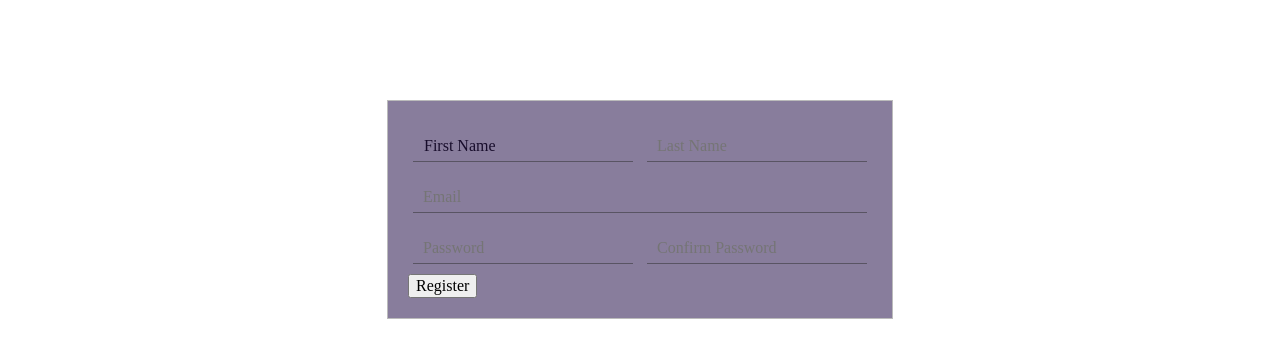
Repository: AMAmine89/vanilla-projects
Page: formo/index.html
An editor plug-in stored every save of this project. The page is shown before and after the next save, followed by the edit.
The browser window is 1280 px wide. The pictures show the whole page.

Above is the page before, as saved 2021-05-05 07:01:23.

### formo/index.html
<!DOCTYPE html>
<html lang="en">
<head>
    <meta charset="UTF-8">
    <meta http-equiv="X-UA-Compatible" content="IE=edge">
    <meta name="viewport" content="width=device-width, initial-scale=1.0">
    <link rel="stylesheet" href="css/normalize.css">
    <link rel="stylesheet" href="style.css">
    <title>Formo</title>
</head>
<body>
    <section>
        <form>
            <div class="double-block">
                <span class="first-name"><input type="text" name="first-name" id="first-name"></span>
                <input type="text" name="last-name" placeholder="Last Name">
            </div>
            <div>
                <input type="email" name="email" placeholder="Email">
            </div>
            <div class="double-block">
                <input type="password" name="password" placeholder="Password">
                <input type="password" name="confirm-password" placeholder="Confirm Password">
            </div>
            <div>
                <input type="submit" value="Register">
            </div>
        </form>
    </section>
</body>
</html>

### formo/style.css
section {
    display: flex;
    justify-content: center;
    margin-top: 100px;
}

form {
    background: rgba(42, 22, 78, 0.555);
    padding: 20px;
    border: 1px solid rgb(187, 187, 187);
    border-radius: 0%;
    -webkit-border-radius: 0%;
    -moz-border-radius: 0%;
    -ms-border-radius: 0%;
    -o-border-radius: 0%;
}

div {
    position: relative;
}

input:not(input[type="submit"]) {
    padding: 5px 10px;
    height: 20px;
    background: transparent;
    border-top: none;
    border-right: none;
    border-left: none;
    border-bottom: solid 1px rgba(49, 49, 49, 0.527);
    margin: 10px 5px;
    outline: none;
}

input[type="email"] {
    width: -webkit-fill-available;
}

input:not(input[type="submit"])::after {
    content: '';
    width: 0;
    display: block;
    height: 1px;
    color: rgb(49, 49, 49);
    border-bottom: solid 1px;
    transition: width .3s ease-in-out;
    -webkit-transition: width .3s ease-in-out;
    -moz-transition: width .3s ease-in-out;
    -ms-transition: width .3s ease-in-out;
    -o-transition: width .3s ease-in-out;
}

input:not(input[type="submit"]):focus::after {
    width: 100%;
}


.first-name::before {
    content: 'First Name';
    cursor: text;
    display: inline-block;
    position: absolute;
    top: 16px;
    left: 16px;
    bottom: 0;
    z-index: -1;
    font-size: initial;
    transition: all .3s ease-in-out;
    -webkit-transition: all .3s ease-in-out;
    -moz-transition: all .3s ease-in-out;
    -ms-transition: all .3s ease-in-out;
    -o-transition: all .3s ease-in-out;
}

.first-name:focus-within::before  {
    top: 0;
    left: 10px;
    bottom: 30px;
    font-size: .85em;
}

label {
    cursor: text;
    display: inline-block;
    position: relative;
    bottom: auto;
    left: -180px;
    transition: bottom .7s ease-in-out;
    -webkit-transition: bottom .7s ease-in-out;
    -moz-transition: bottom .7s ease-in-out;
    -ms-transition: bottom .7s ease-in-out;
    -o-transition: bottom .7s ease-in-out;
}

Loaded but not shown: formo/normalize.css (library)

After the next save:
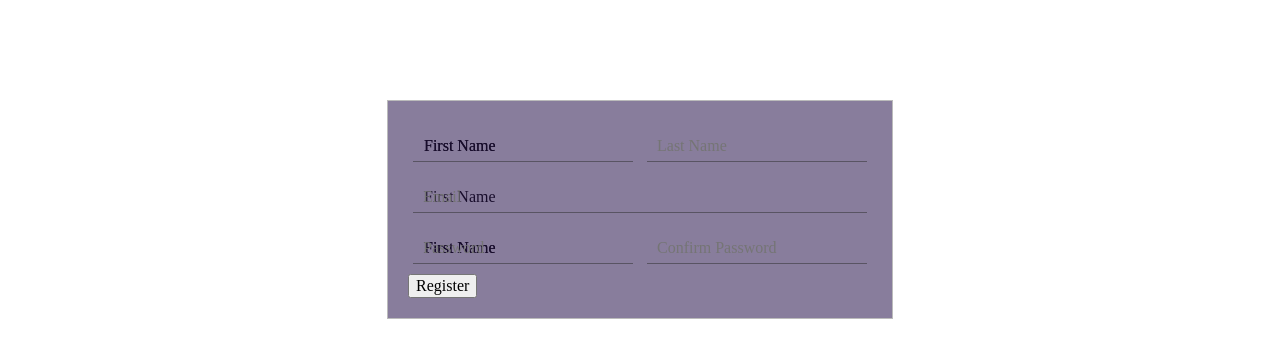
Saved 83 s later.
--- a/formo/index.html
+++ b/formo/index.html
@@ -13,14 +13,14 @@
         <form>
             <div class="double-block">
                 <span class="first-name"><input type="text" name="first-name" id="first-name"></span>
-                <input type="text" name="last-name" placeholder="Last Name">
+                <span class="first-name"><input type="text" name="last-name" placeholder="Last Name"></span>
             </div>
             <div>
-                <input type="email" name="email" placeholder="Email">
+                <span class="first-name"><input type="email" name="email" placeholder="Email"></span>
             </div>
             <div class="double-block">
-                <input type="password" name="password" placeholder="Password">
-                <input type="password" name="confirm-password" placeholder="Confirm Password">
+                <span class="first-name"><input type="password" name="password" placeholder="Password"></span>
+                <span class="first-name"><input type="password" name="confirm-password" placeholder="Confirm Password"></span>
             </div>
             <div>
                 <input type="submit" value="Register">

After the save that followed:
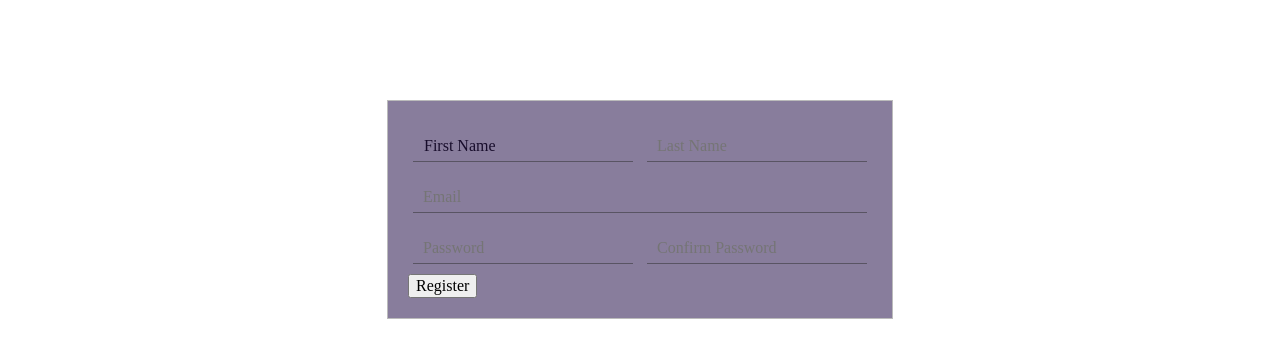
Saved 22 s later.
--- a/formo/index.html
+++ b/formo/index.html
@@ -13,14 +13,14 @@
         <form>
             <div class="double-block">
                 <span class="first-name"><input type="text" name="first-name" id="first-name"></span>
-                <span class="first-name"><input type="text" name="last-name" placeholder="Last Name"></span>
+                <span class="last-name"><input type="text" name="last-name" placeholder="Last Name"></span>
             </div>
             <div>
-                <span class="first-name"><input type="email" name="email" placeholder="Email"></span>
+                <span class="email"><input type="email" name="email" placeholder="Email"></span>
             </div>
             <div class="double-block">
-                <span class="first-name"><input type="password" name="password" placeholder="Password"></span>
-                <span class="first-name"><input type="password" name="confirm-password" placeholder="Confirm Password"></span>
+                <span class="password"><input type="password" name="password" placeholder="Password"></span>
+                <span class="confirm-password"><input type="password" name="confirm-password" placeholder="Confirm Password"></span>
             </div>
             <div>
                 <input type="submit" value="Register">
